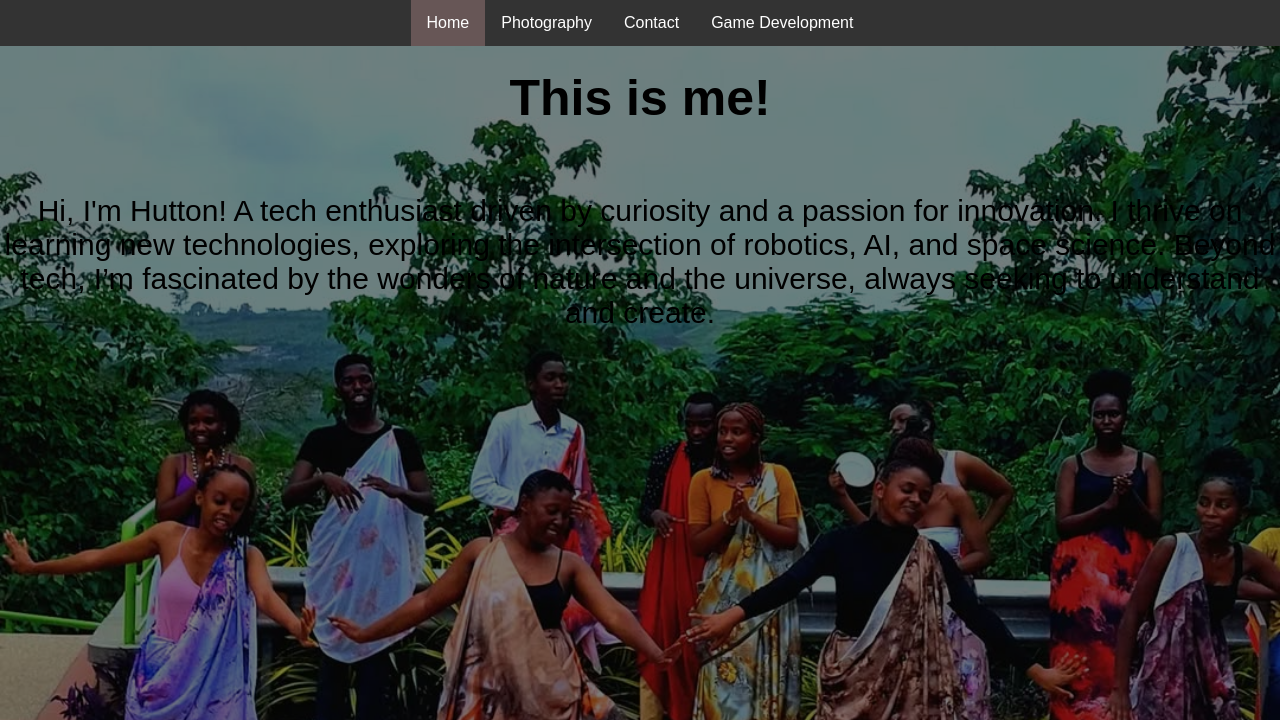
Repository: Argivist/ArgPortfolio
Page: index.html
An editor plug-in stored every save of this project. The page is shown before and after the next save, followed by the edit.
The browser window is 1280 px wide. The pictures show the whole page.

Above is the page before, as saved 2025-03-28 18:41:46.

After the next save:
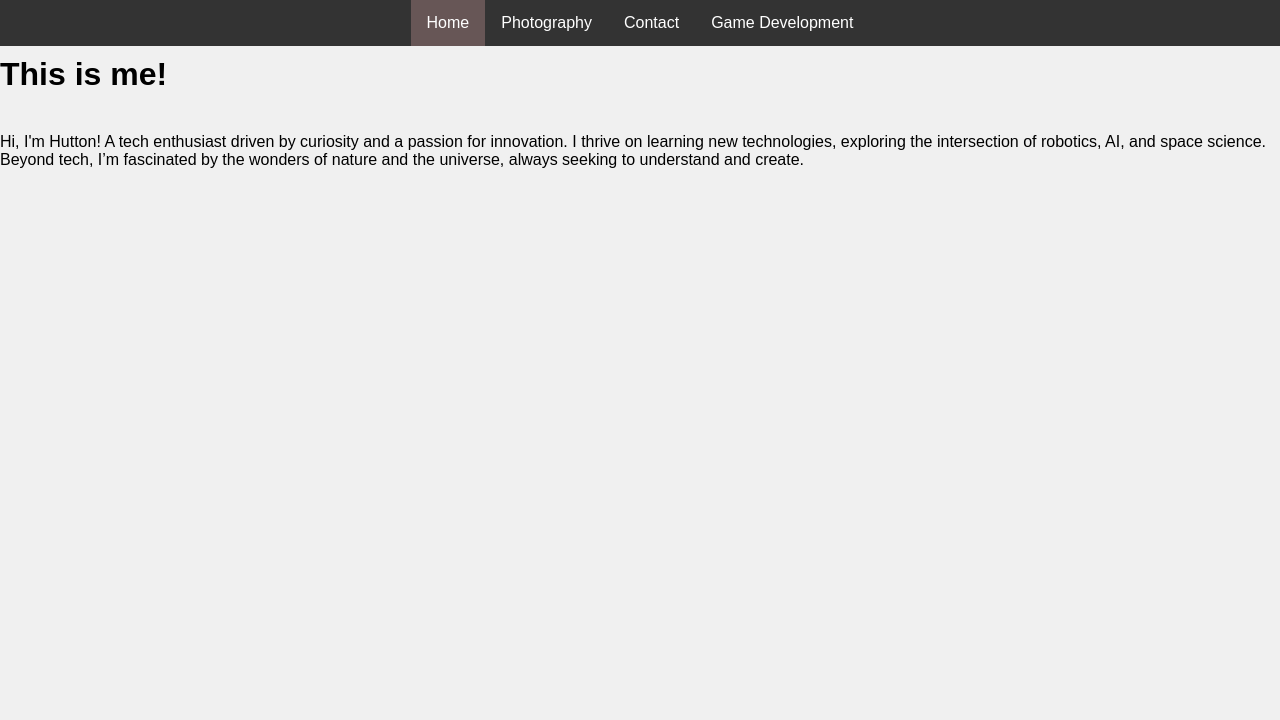
Saved 60 s later.
--- a/css/home.css
+++ b/css/home.css
@@ -11,14 +11,14 @@
 
 
 h1 {
-    color: --heading-text-color;
+    color: var(--heading-text-color;
     font-size: 50px;
     text-align: center;
     /* text-shadow: 2px 2px 5px rgba(0, 0, 0, 0.5); */
 }
 
 p {
-    color: --body-text-color;
+    color: var(--body-text-color);
     font-size: 30px;
     text-align: center;
     /* text-shadow: 2px 2px 5px rgba(0, 0, 0, 0.5); */

After the save that followed:
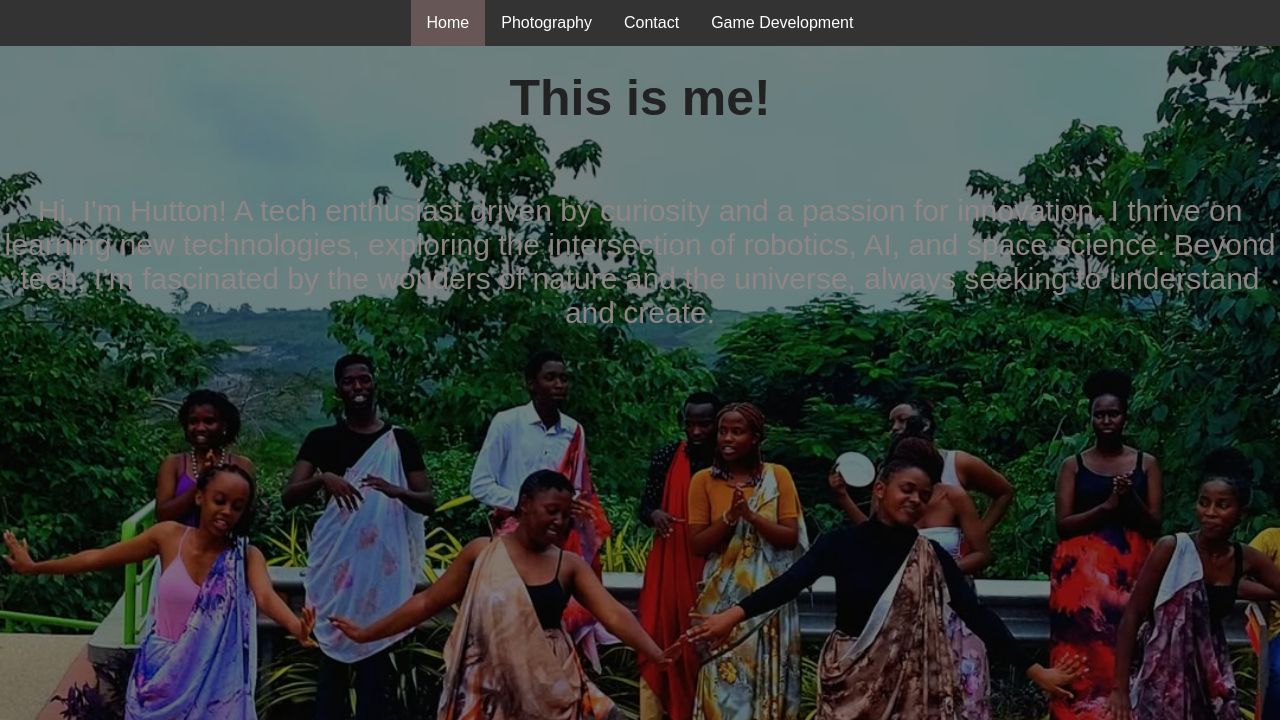
Saved 8 s later.
--- a/css/home.css
+++ b/css/home.css
@@ -5,13 +5,13 @@
     --nav-link-hover-bg: #111;
     --dropdown-bg: #f9f9f9;
     --active-bg: #675656;
-    --body-text-color: #333;      /* General text color */
+    --body-text-color: #8f8585;      /* General text color */
     --heading-text-color: #222;   /* Headings, if desired */
 }
 
 
 h1 {
-    color: var(--heading-text-color;
+    color: var(--heading-text-color);
     font-size: 50px;
     text-align: center;
     /* text-shadow: 2px 2px 5px rgba(0, 0, 0, 0.5); */
